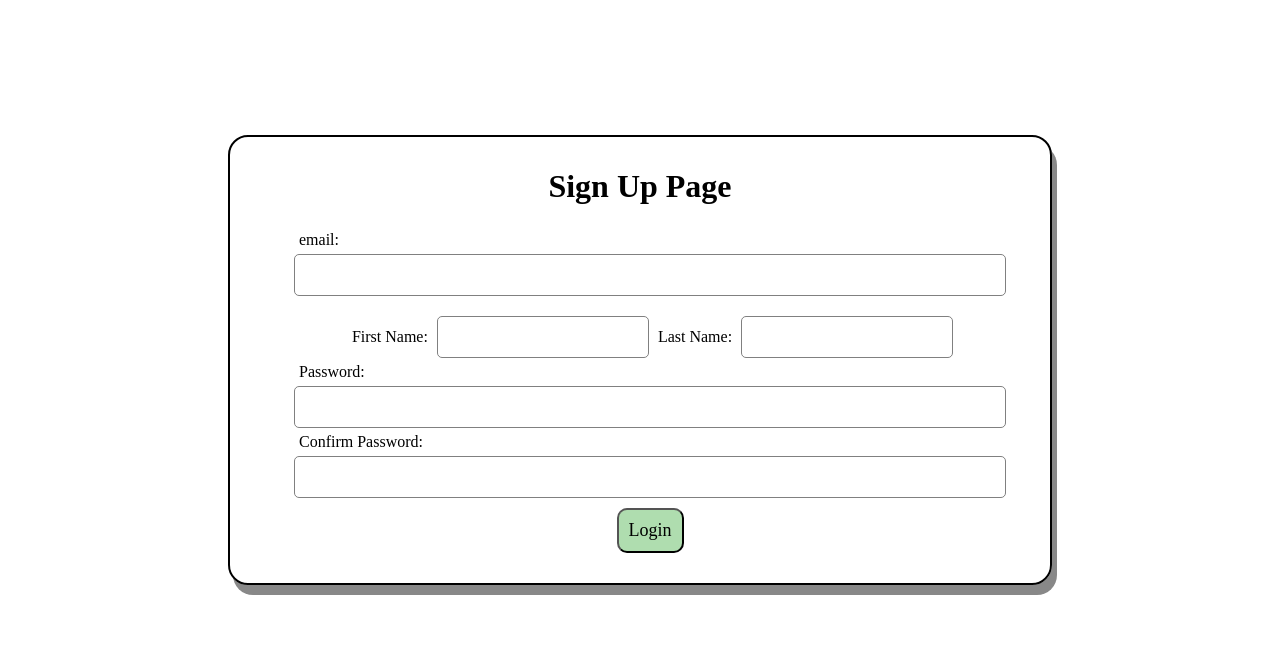
Repository: anjalipatel-dev/web-dev-learning-journey
Page: 03_html_css_ui_pages/signUp_ui/signup.html
The author's editor kept a copy of each file at every save. The page is drawn from the files as they stood at one save, then again after the next save.
The browser window is 1280 px wide. The pictures show the whole page.

Above is the page before, as saved 2025-10-04 05:04:24.

### 03_html_css_ui_pages/signUp_ui/signup.html
<!DOCTYPE html>
<html lang="en">
<head>
    <meta charset="UTF-8">
    <meta name="viewport" content="width=device-width, initial-scale=1.0">
    <title>Sign page</title>
    <link rel="stylesheet" href="styles.css">
</head>
<body>
    <div class="container">
        <h1>Sign Up Page</h1>
        <form class="input-group" action="">
            <diV>
            <label for="email">email:</label>
            <input  type="email" id="email" name="email" required>
            </diV>
            <div>
                <label style="display: inline;margin-top: 20px;" for="firstname">First Name:</label>
                <input style="width: 200px; margin-top: 20px;" type="text" id="firstname" name="firstname" required>
                <label style="display: inline; margin-top: 20px;" for="lastname">Last Name:</label>
                <input style="width: 200px; margin-top: 20px;" type="text" id="lastname" name="lastname" required>
            </div>
            <div>
            <label for="password">Password:</label>
            <input type="password" id="password" name="password" required>
            </div>
            <div>
            <label for="confirm_password">Confirm Password:</label>
            <input type="password" id="confirm_password" name="confirm_password" required>
        </div>
            <div class="submit-btn">
            <button type="submit">Login</button>
            </div>
        </form>
    </div>
</body>
</html>

### 03_html_css_ui_pages/signUp_ui/styles.css
body{
    display: flex;
    justify-content: center;
    align-items: center;
    padding: 0;
    margin: 0;
    height: 100vh;}
.container{
    width: 800px;
    border: 2px solid black;
    border-radius: 20px;
    padding: 10px;
    text-align: center;
    box-shadow: 5px 10px #888888;
    font-family:cursive
}
.input-group{
    margin: 10px;
    text-align: left;
    padding-left: 20px;
    display: flex;
    align-items: center;
    flex-direction: column;
}
.input-group label{
    display: block;
    margin: 5px;
}
.input-group input{
    height: 30px;
    width: 700px;
    padding: 5px;
    font-size: 16px;
    border-radius: 5px;
    border: 1px solid gray;
    font-family:cursive;
}
.input-group button{
    margin: 10px;
    text-align: center;
    padding: 10px;
    font-size: 18px;
    border-radius: 10px;
    cursor: pointer;
    background-color:#afddaf ;
    font-family:cursive;
}
.submit-btn button:hover{
    background-color: #076b07;
    color: white;
}

After the next save:
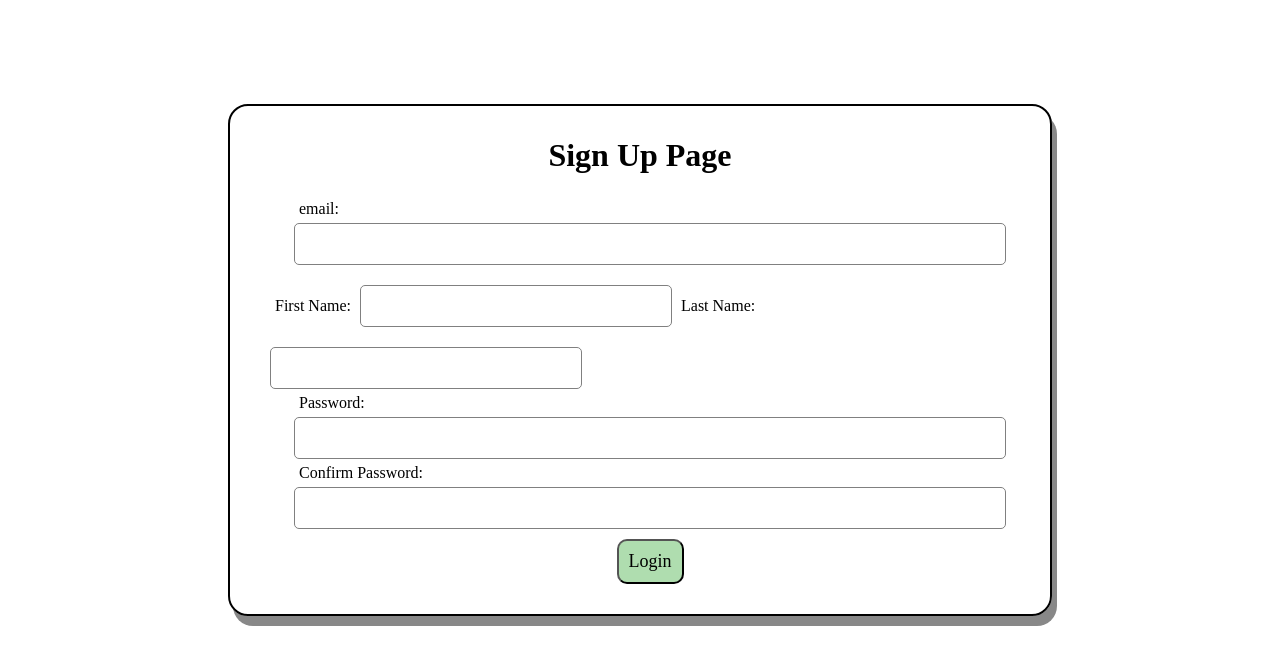
Saved 15 s later.
--- a/03_html_css_ui_pages/signUp_ui/signup.html
+++ b/03_html_css_ui_pages/signUp_ui/signup.html
@@ -16,9 +16,9 @@
             </diV>
             <div>
                 <label style="display: inline;margin-top: 20px;" for="firstname">First Name:</label>
-                <input style="width: 200px; margin-top: 20px;" type="text" id="firstname" name="firstname" required>
+                <input style="width: 300px; margin-top: 20px;" type="text" id="firstname" name="firstname" required>
                 <label style="display: inline; margin-top: 20px;" for="lastname">Last Name:</label>
-                <input style="width: 200px; margin-top: 20px;" type="text" id="lastname" name="lastname" required>
+                <input style="width: 300px; margin-top: 20px;" type="text" id="lastname" name="lastname" required>
             </div>
             <div>
             <label for="password">Password:</label>

After the save that followed:
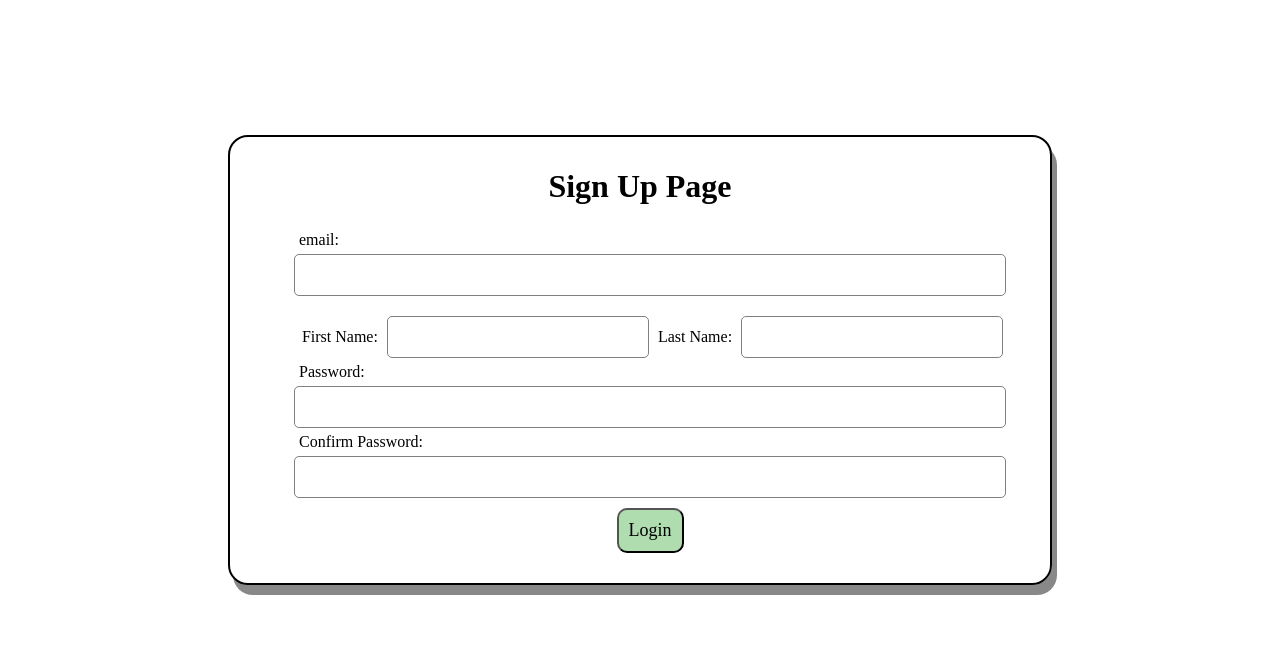
Saved 20 s later.
--- a/03_html_css_ui_pages/signUp_ui/signup.html
+++ b/03_html_css_ui_pages/signUp_ui/signup.html
@@ -16,9 +16,9 @@
             </diV>
             <div>
                 <label style="display: inline;margin-top: 20px;" for="firstname">First Name:</label>
-                <input style="width: 300px; margin-top: 20px;" type="text" id="firstname" name="firstname" required>
+                <input style="width: 250px; margin-top: 20px;" type="text" id="firstname" name="firstname" required>
                 <label style="display: inline; margin-top: 20px;" for="lastname">Last Name:</label>
-                <input style="width: 300px; margin-top: 20px;" type="text" id="lastname" name="lastname" required>
+                <input style="width: 250px; margin-top: 20px;" type="text" id="lastname" name="lastname" required>
             </div>
             <div>
             <label for="password">Password:</label>
